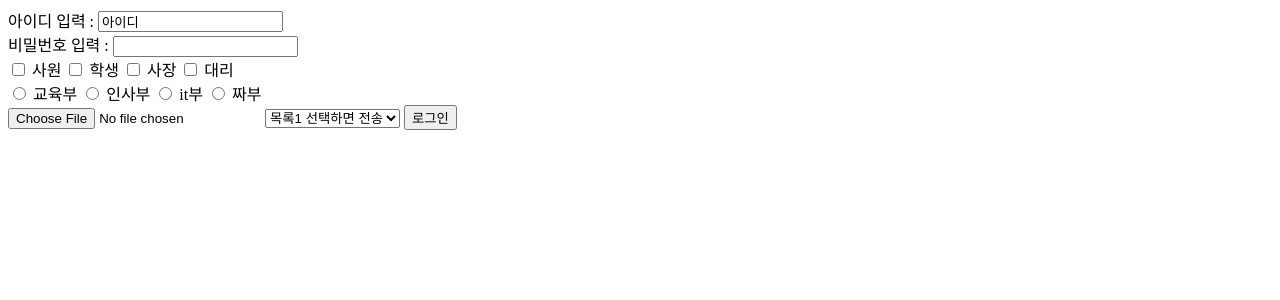
Repository: Pang-Ho/TIL
Page: JavaScript/workspace_web/htmltest/WebContent/formtest.html
The author's editor kept a copy of each file at every save. The page is drawn from the files as they stood at one save, then again after the next save.
The browser window is 1280 px wide. The pictures show the whole page.

Above is the page before, as saved 2021-08-20 00:41:05.

### JavaScript/workspace_web/htmltest/WebContent/formtest.html
<!DOCTYPE html>
<html>
<head>
<meta charset="UTF-8">
<title>form</title>
</head>
<body>

<form action="login.jsp">
	아이디 입력 : <input type="text" name="Loginid" value="아이디"><br>
	비밀번호 입력 : <input type="password" name="Loginpw"><br>
	<input type="hidden" name="role" value="admin">

	<input type="checkbox" name="title" value="emp"> 사원
	<input type="checkbox" name="title" value="stu"> 학생
	<input type="checkbox" name="title" value="boss"> 사장
	<input type="checkbox" name="title" value="deri"> 대리
	<br>
	<input type="radio" name="dept" value="10"> 교육부
	<input type="radio" name="dept" value="20"> 인사부
	<input type="radio" name="dept" value="30"> it부
	<input type="radio" name="dept" value="40"> 짜부
	<br>
	<input type="file" name="filename">

	<select>
	<option>목록1 선택하면 전송</option>
	<option>목록1</option>
	<option>목록1</option>
	<option>목록1</option>
	<option>목록1</option>
	</select>
	<input type="submit" value="로그인">
</form>

</body>
</html>
<!--
http://localhost:9090/htmltest/login.jsp?Loginid=dlrhkd03&Loginpw=dfddf / jsp로 보내는 정보는
1. 서버 중단 상태 <= 사이트 연결할 수 없음
2. 404 http상태 <= 서버는 시작했는데 url 파일이 없다
3. 403
4. 500
-->

After the next save:
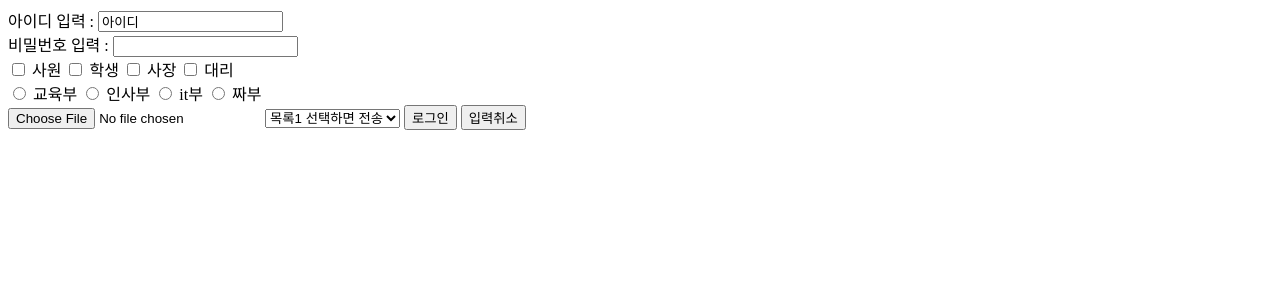
Saved 3 min 52 s later.
--- a/JavaScript/workspace_web/htmltest/WebContent/formtest.html
+++ b/JavaScript/workspace_web/htmltest/WebContent/formtest.html
@@ -31,6 +31,7 @@
 	<option>목록1</option>
 	</select>
 	<input type="submit" value="로그인">
+	<input type="reset" value="입력취소">
 </form>
 
 </body>
